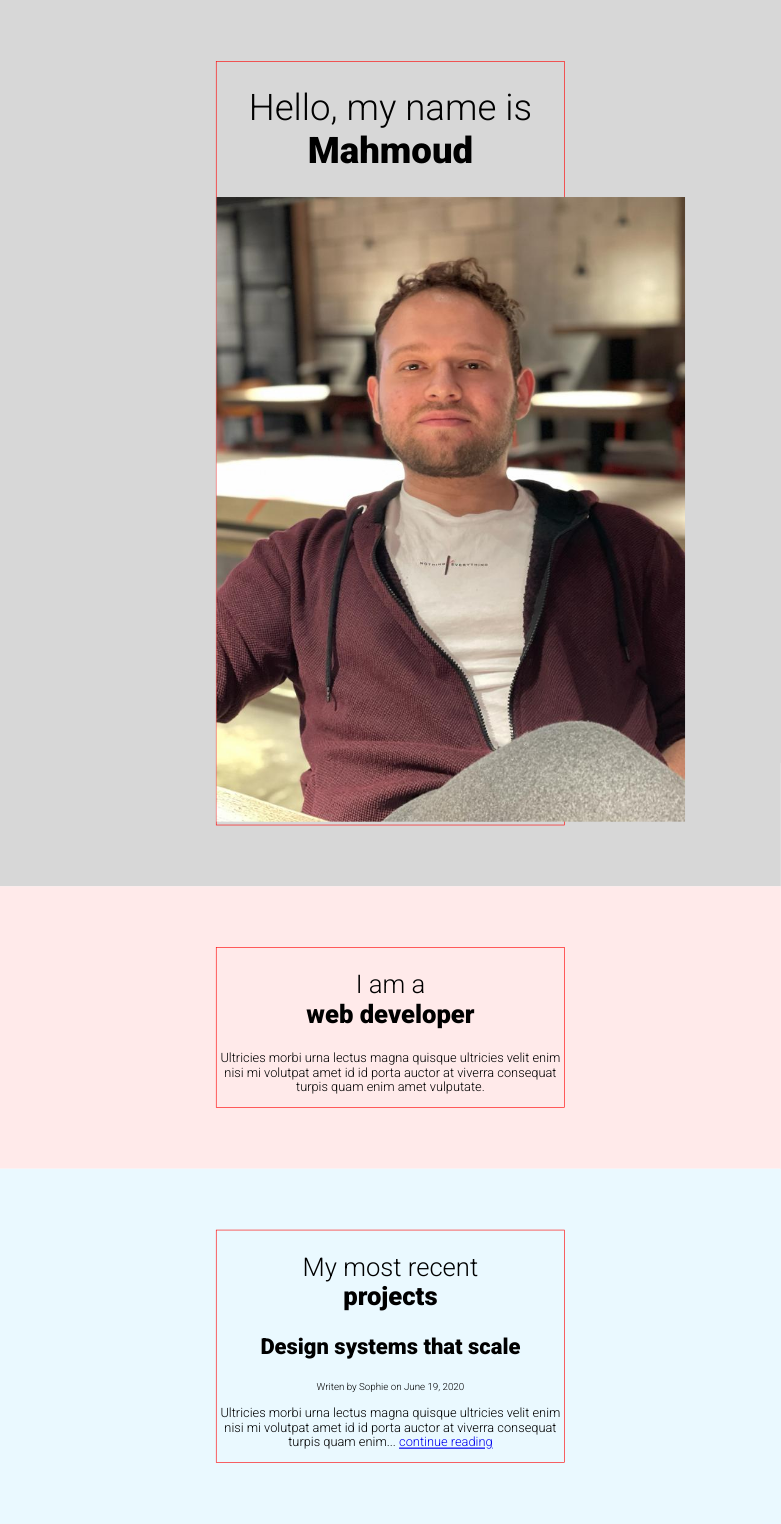
Repository: Doumham-Armah/portfolio
Page: index.html
The author's editor kept a copy of each file at every save. The page is drawn from the files as they stood at one save, then again after the next save.
The browser window is 1280 px wide. The pictures show the whole page, at 61% of full size.

Above is the page before, as saved 2021-08-17 12:34:57.

### index.html
<!DOCTYPE html>
<html>
  <head>
    <title>HTML & CSS Fundamentals | Challenges</title>
    <link rel="preconnect" href="https://fonts.googleapis.com" />
    <link rel="preconnect" href="https://fonts.gstatic.com" crossorigin />
    <link
      href="https://fonts.googleapis.com/css2?family=Roboto:wght@300;900&display=swap"
      rel="stylesheet"
    />
    <link href="./style.css" rel="stylesheet" />
  </head>

  <body>
    <header>
      <div class="container">
        <h1>Hello, my name is <span>Mahmoud</span></h1>
        <img class="my-photo" src="./images/photo.jpeg" alt="image of me" />
      </div>
    </header>

    <section class="about-me">
      <div class="container">
        <h2>I am a <span>web developer</span></h2>
        <p>
          Ultricies morbi urna lectus magna quisque ultricies velit enim nisi mi
          volutpat amet id id porta auctor at viverra consequat turpis quam enim
          amet vulputate.
        </p>
      </div>
    </section>

    <section class="projects">
      <div class="container">
        <h2>My most recent <span>projects</span></h2>
        <article>
          <h3>Design systems that scale</h3>
          <p class="small-text">Writen by Sophie on June 19, 2020</p>
          <p>
            Ultricies morbi urna lectus magna quisque ultricies velit enim nisi
            mi volutpat amet id id porta auctor at viverra consequat turpis quam
            enim... <a href="#">continue reading</a>
          </p>
        </article>
      </div>
    </section>
  </body>
</html>

### style.css
body {
  margin: 0;
  font-size: 1.3125rem;
}

h1,
h2 {
  font-weight: 300;
}

h1 {
  font-size: 3.75rem;
}

h2 {
  font-size: 2.625rem;
}

h3 {
  font-size: 2.25rem;
}

h1 span,
h2 span {
  font-weight: 900;
  display: block;
}

header,
section {
  padding: 6.25rem 0;
}

header {
  background-color: #d7d7d7;
}

.about-me {
  background-color: #ffeaea;
}

.projects {
  background-color: #eaf9ff;
}

.small-text {
  font-size: 16px;
}

.container {
  width: 570px;
  margin: 0 auto;
  border: 1px solid red;
  text-align: center;
  font-family: "Roboto", sans-serif;
}

.my-photo {
  /* max-width: 50%; */
  /* height: auto; */
  /* height: 600px;
  width: 600px;

  border-radius: 50% 50% 0 0; */
}

After the next save:
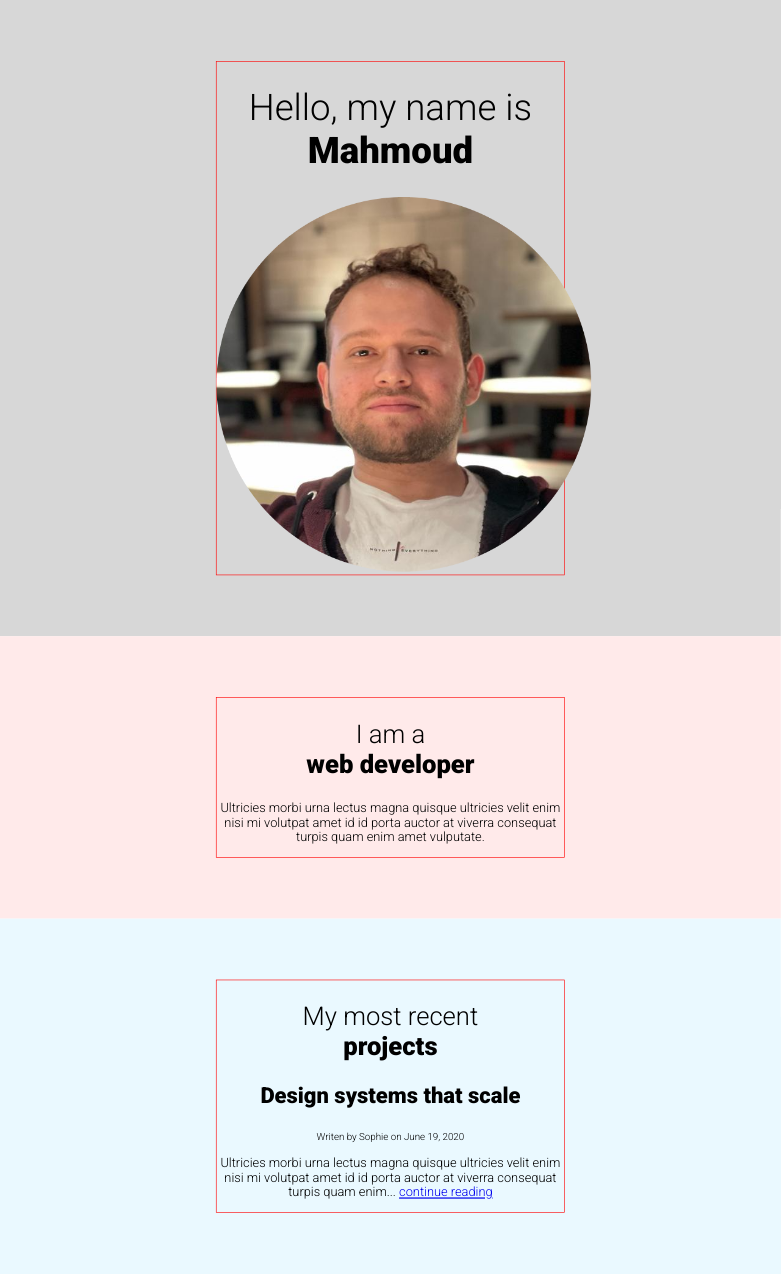
Saved 21 s later.
--- a/index.html
+++ b/index.html
@@ -15,7 +15,11 @@
     <header>
       <div class="container">
         <h1>Hello, my name is <span>Mahmoud</span></h1>
-        <img class="my-photo" src="./images/photo.jpeg" alt="image of me" />
+        <img
+          class="my-photo"
+          src="./images/circle-image.png"
+          alt="image of me"
+        />
       </div>
     </header>
 
